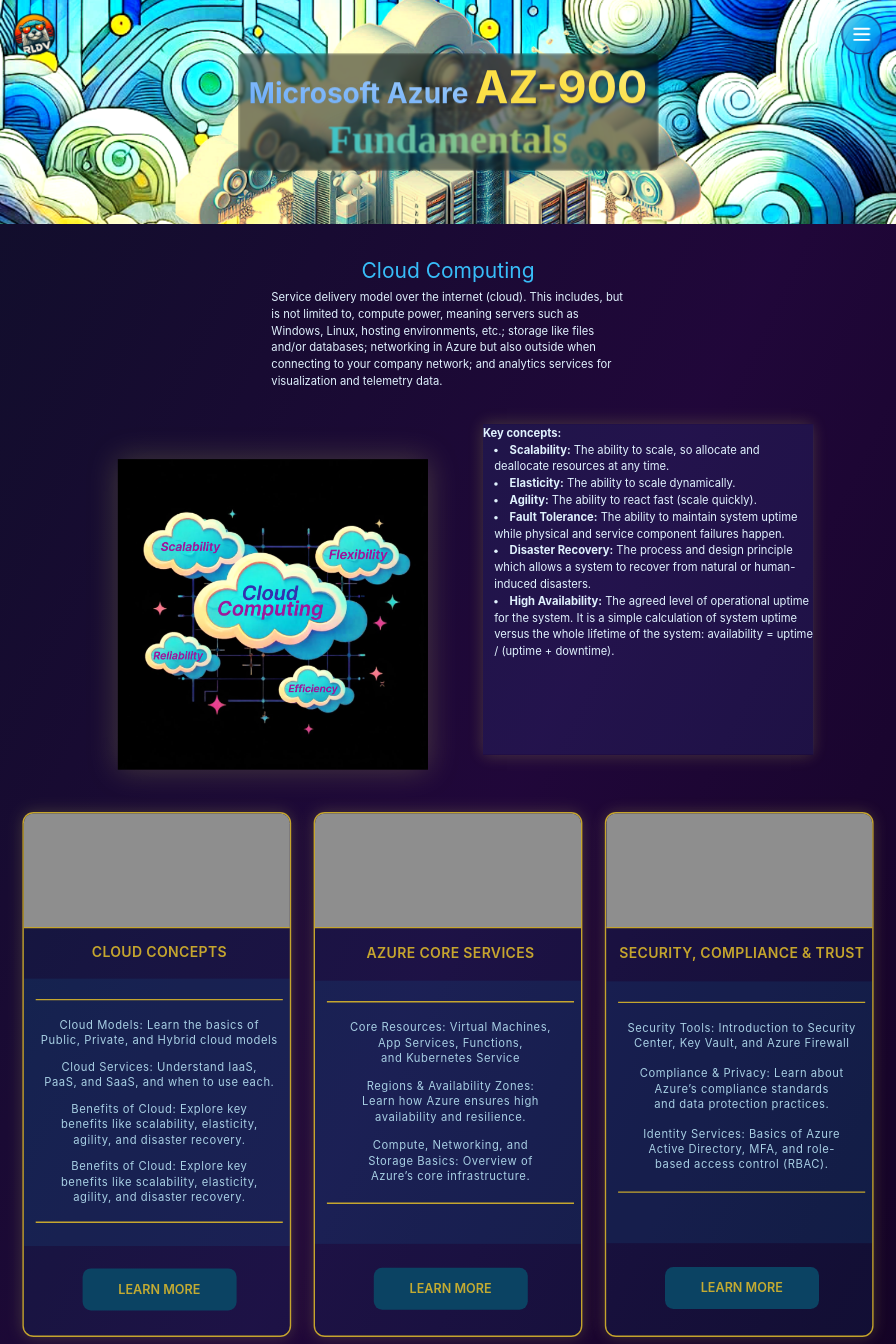
Repository: Freezler/az-900_svelte5
Page: /
These files come from the project's save history. The page is drawn as it stood at one moment and after the next save; the edit follows.
The browser window is 1280 px wide. The pictures show the part of the page from y = 0 to 1920 px (the page is 2638 px tall), at 70% of full size.
Pictures or frames that could not be fetched are drawn as grey boxes. The project was rebuilt for these pictures with package versions that can differ from the ones it lists, and the page was loaded fresh each time. The framework's server and built-in components were replaced by stand-ins that run in the browser. Also part of the build but not shown: vite.config.ts.

Above is the page before, as saved 2024-11-10 10:45:19.

### src/app.html
<!doctype html>
<html lang="en">
	<head>
		<meta charset="utf-8" />
		<link rel="icon" href="%sveltekit.assets%/favicon.png" />
		<meta name="viewport" content="width=device-width, initial-scale=1" />
		%sveltekit.head%
	</head>
	<body data-sveltekit-preload-data="hover" >
		<div style="display: contents">%sveltekit.body%</div>
	</body>
</html>

### src/routes/+layout.svelte
<script lang="ts">
	import '../app.css';
	let { children } = $props();

</script>

<div class="bg-gradient-to-br from-[#0d0c28fc] via-[#1b0135f9] to-[#10021e] bg-cover bg-center bg-no-repeat ">{@render children()}</div>

### src/routes/+page.svelte
<script lang="ts">
	import ComputingArticle from '../components/ComputingArticle.svelte';

	import Toggle from '../components/Toggle.svelte';
	import Header from '../components/Header.svelte';
	import Popover from '../components/Menu.svelte';
	import Cards from '../components/Cards.svelte';
	import Login from '../components/Login.svelte';
</script>

<header class="">
	<Popover />
	<Header />
</header>
<main>
	<section>
		<ComputingArticle />
		<Cards />
	</section>
	<aside><Toggle /></aside>
	<footer><Login /></footer>
</main>

### src/app.css
@tailwind base;
@tailwind components;
@tailwind utilities;

:root {
  --text-color  : rgba(244, 205, 48, 0.888);
  --bg-color    : hsla(217, 87%, 3%, 0.298);
  --bg-color2   : hsla(299, 91%, 31%, 0.974);
  --bg-gradient : 135deg, rgba(237, 249, 10, .7) 0%, rgba(216, 204, 37, 0.7) 35%, rgba(0, 212, 255, 0.7) 100%;
  --bg-gradient2: 90deg, rgba(216, 204, 37, 0.5) 0%, rgba(0, 212, 255, 0.5) 70%;
}

* {
  margin     : 0;
  padding    : 0;
  box-sizing : border-box;
  user-select: none;
  /* outline : 1px dotted red; */
}

body {
  font-family: 'Inter', sans-serif;


}

### src/components/ComputingArticle.svelte
<div class="grid items-center justify-center gap-2 place-self-center text-sky-100 max-w-[50ch]  pt-12">
	<h2 class="text-3xl text-center text-sky-400">Cloud Computing</h2>
	<p>
		Service delivery model over the internet (cloud). This includes, but is not limited to, compute
		power, meaning servers such as Windows, Linux, hosting environments, etc.; storage like files
		and/or databases; networking in Azure but also outside when connecting to your company network;
		and analytics services for visualization and telemetry data.
	</p>
</div>

<section class="grid items-center grid-cols-1 lg:grid-cols-2 justify-center place-items-center place-self-center place-content-center gap-0	z-10 text-start">
	<img
		src="../public/images/cloud.png"
		alt="cloudSolutions"
		loading="lazy"

		class=" text-sky-100 drop-shadow-[0_0px_22px_rgba(255,255,99,0.2)] w-[572px] "
	/>
	<article
		class=" bg-blue-500/10  text-sky-100 w-[472px] h-[472px] prounded-xl shadow-[0_0px_22px_rgba(255,255,99,0.2)]"
	>
		<p><strong>Key concepts:</strong></p>
		<ul class="list-inside list-disc pl-4">
			<li>
				<strong>Scalability:</strong> The ability to scale, so allocate and deallocate resources at any
				time.
			</li>
			<li><strong>Elasticity:</strong> The ability to scale dynamically.</li>
			<li><strong>Agility:</strong> The ability to react fast (scale quickly).</li>
			<li>
				<strong>Fault Tolerance:</strong> The ability to maintain system uptime while physical and service
				component failures happen.
			</li>
			<li>
				<strong>Disaster Recovery:</strong> The process and design principle which allows a system to
				recover from natural or human-induced disasters.
			</li>
			<li>
				<strong>High Availability:</strong> The agreed level of operational uptime for the system. It
				is a simple calculation of system uptime versus the whole lifetime of the system: availability
				= uptime / (uptime + downtime).
			</li>
		</ul>
	</article>
</section>

### src/components/Toggle.svelte
<script lang="ts">

	let name = $state('Randy');
	let status: 'DARK' | 'LIGHT' = $state('DARK');
	let full_name = $derived(name + ' ' + 'de vries');

	function toggle() {
		status = status === 'DARK' ? 'LIGHT' : 'DARK';
	}

	function onclick() {
		status = status === 'DARK' ? 'LIGHT' : 'DARK';
		window.document.body.classList.toggle('dark-mode')
	}
</script>

<div class="max-w-[400px] mx-auto grid place-items-center items-center justify-center gap-2 border-2 p-4  py-8 my-4 bg-yellow-600/10">
		<p class="text-2xl font-serif text-white ">
			set theme: <span class="font-sans {status === 'LIGHT' ? 'text-gray-200' : 'text-red-900'}">{status}</span>
		</p>

		<!-- <button on:click={toggle}>toggle status</button> -->
		<button
			class=" w-[176px] rounded bg-blue-500 px-4 py-2 font-bold text-white hover:bg-blue-700 active:scale-[.98]"
			type="button"
			onclick={toggle}>Toggle theme</button
		>
	</div>

### src/components/Header.svelte
<script lang="ts">
	// Declare props
	let { name = 'AZ-900' } = $props();

	// Local state for the surname
	let surname = $state('Fundamentals');

	// Derived state for the full name
	let full_name = $derived(`${name} ${surname}`);
</script>

<div
	class="max-w-[100svw] z-100 mx-auto grid h-80 place-content-center place-items-center items-center justify-center bg-[url('/public/images/headImage.png')] bg-cover bg-top"
>
	<div class="grid backdrop-blur-[2px] px-4 rounded-lg backdrop-brightness-[.50] pb-4">
		<h1
			class="shadow-[rgba(7, 25, 224, 0.9)] drop bg-clip-text text-center text-[clamp(1rem,5vw,2.5rem)] font-bold text-transparent bg-gradient-to-tr from-blue-400 via-blue-300 to-blue-700  drop-shadow-[-2px_2px_2px_rgba(137, 25, 224, 0.9)]"
		>
			Microsoft Azure <span
				class="bg-gradient-to-tr from-yellow-300 via-yellow-300 to-yellow-200 bg-clip-text text-[clamp(2.8rem,5vw,8.5rem)] font-bold text-transparent drop-shadow-[2px_4px_2px_rgba(36,50,100,0.9)]"
				>{name}</span
			>
		</h1>
		<h3
			class="bg-clip-text text-6xl text-center text-[clamp(1rem,5vw,3.5rem)] font-[700] font-[montserrat] bg-gradient-to-r from-[hsl(192,88%,51%)] via-[--hsl(192,88%,71%)] to-[--text-color]  pb- text-transparent drop-shadow-[2px_4px_32px_rgba(6,100,150,0.9)] backdrop-brightness-[.90] "
		>
			{surname}
		</h3>
	</div>
</div>

### src/components/Menu.svelte
<script lang="ts">
	import { cubicInOut } from 'svelte/easing';
	import { fly } from 'svelte/transition';
	let showMenu: boolean = $state(false);


</script>

	<!-- Your existing code -->

<img
	src="/public/images/Design 2.png"
	alt="Ran form Logo"
	class="fixed left-[16px] top-[16px] w-[64px] rounded-full z-[200]"
/>
<button
	onclick={() => (showMenu = !showMenu)}
	class="fixed right-[20px] top-[20px] flex  h-[58px] w-[58px] items-center justify-center rounded-full bg-blue-600/20 backdrop-blur text-white border-2 border-blue-900"
>
	<svg
		xmlns="http://www.w3.org/2000/svg"
		class="h-8 w-8"
		fill="none"
		viewBox="0 0 24 24"
		stroke="currentColor"
	>
		{#if showMenu}
			<path
				stroke-linecap="round"
				stroke-linejoin="round"
				stroke-width="2"
				d="M6 18L18 6M6 6l12 12"
			/>
		{:else}
			<path
				stroke-linecap="round"
				stroke-linejoin="round"
				stroke-width="2"
				d="M4 6h16M4 12h16M4 18h16"
			/>
		{/if}
	</svg>
</button>

{#if showMenu}
	<ul
		class="items-center justify-center fixed bottom-0 right-0 z-100 grid h-[50vh] w-[100vw] border-t border-blue-900 place-content-center bg-blue-600/20 backdrop-blur text-white uppercase text-center text-xl z-[200]"
		transition:fly={{ y: 100, duration: 420, easing: cubicInOut }}
	>
		<li class="px-2 py-4 w-[80vw] underline underline-offset-4 transition-colors ease-linear duration-400 hover:bg-blue-600/20 rounded-t-lg  bg-blue-200/30">
			<a href="/">Home</a>
		</li>
		<li class=" px-2 py-4 transition-colors hover:underline underline-offset-4  ease-linear duration-400 hover:bg-blue-600/20  bg-blue-200/30">
			<a href="/concepts">Concepts</a>
		</li>
		<li class=" px-2 py-4 transition-colors hover:underline underline-offset-4 ease-linear duration-400 hover:bg-blue-600/20  bg-blue-200/30">
			<a href="/security">Security</a>
		</li>
		<li class="px-2 py-4 transition-colors  hover:underline underline-offset-4 ease-linear duration-400 hover:bg-blue-600/20 rounded-b-lg  bg-blue-200/30">
			<a href="/services">Services</a>
		</li>
	</ul>
{/if}

### src/components/Cards.svelte
<script>
	import { goto } from '$app/navigation';
	// Define your plans as an array of objects
	const concepts = [
		{
			url: 'concepts',
			image:
				'https://learn.microsoft.com/training/achievements/microsoft-azure-fundamentals-describe-cloud-concepts-social.png',
			name: 'Cloud Concepts',
			features: [
				'Cloud Models: Learn the basics of Public, Private, and Hybrid cloud models',
				'Cloud Services: Understand IaaS, PaaS, and SaaS, and when to use each.',
				'Benefits of Cloud: Explore key benefits like scalability, elasticity, agility, and disaster recovery.',
				'Benefits of Cloud: Explore key benefits like scalability, elasticity, agility, and disaster recovery.'

			]
		},
		{
			url: 'services',
			image:
				'https://images.unsplash.com/photo-1667372459510-55b5e2087cd0?q=80&w=1932&auto=format&fit=crop&ixlib=rb-4.0.3&ixid=M3wxMjA3fDB8MHxwaG90by1wYWdlfHx8fGVufDB8fHx8fA%3D%3D',
			name: 'Azure Core Services',
			features: [
				'Core Resources: Virtual Machines, App Services, Functions, and Kubernetes Service',
				'Regions & Availability Zones: Learn how Azure ensures high availability and resilience.',
				'Compute, Networking, and Storage Basics: Overview of Azure’s core infrastructure.'
			]
		},
		{
			url: 'security',
			image:
				'https://plus.unsplash.com/premium_photo-1700830452756-1a3f4314e564?q=80&w=1674&auto=format&fit=crop&ixlib=rb-4.0.3&ixid=M3wxMjA3fDB8MHxwaG90by1wYWdlfHx8fGVufDB8fHx8fA%3D%3D',
			name: 'Security, Compliance & Trust',
			features: [
				'Security Tools: Introduction to Security Center, Key Vault, and Azure Firewall',
				'Compliance & Privacy: Learn about Azure’s compliance standards and data protection practices.',
				'Identity Services: Basics of Azure Active Directory, MFA, and role-based access control (RBAC).'
			]
		}
	];
</script>

<section
	class="z-10 grid grid-rows-1 gap-8 py-8 md:grid-cols-2 md:gap-8 md:px-8 xl:grid-cols-3"
>
	{#each concepts as concept}
		<div
			class=" pt-1  grid grid-rows-[148px_64px_auto_auto] place-items-center overflow-hidden rounded-2xl border-2 border-[--text-color] bg-sky-600/10 pb-9 shadow-[0_0px_22px_rgba(255,255,99,0.2)] brightness-90 transition duration-700 hover:scale-[1.001] hover:border-[hsla(184,69%,60%,1)] hover:shadow-[2px_6px_12px_rgba(22,125,22,0.9)]"
		>
			<img
				src={concept.image}
				class=" z-10 h-[172px] pt-2  w-full border-b-2 border-[--text-color] object-cover object-center hover:border-[hsla(184,69%,60%,1)]"
				loading="lazy"
				alt="concept"
			/>
			<div class="row-span-2 grid grid-cols-subgrid place-items-center items-center justify-center">
				<h2 class="] mt-[28px] text-xl font-semibold uppercase tracking-wide text-[--text-color]">
					{concept.name}
				</h2>
			</div>

			<div
				class=" row-span-12 my-5 w-full grid grid-rows-subgrid place-items-start items-start gap-4 text-pretty border border-transparent bg-sky-500/10 px-4 pt-7 pb-6 text-center"
			>
				{#each concept.features as feature}
					<h3
						class="border-b-1 mx-auto  grid w-[35ch]  grid-rows-subgrid text-balance border-[--text-color] px-0 text-[14px] font-normal leading-snug tracking-wider text-sky-200 py-0 first:border-t-2 first:pt-6 last:pb-6 last:border-b-2 lg:text-[16px] border-s-fuchsia-400 ">
						{feature}
					</h3>
				{/each}
			</div>
			<button
				type="button"
				class="mx-auto mt-3 w-[220px] grid-cols-subgrid rounded-xl border-[2px_solid_var(--text-color)] bg-sky-900 px-8 py-4 text-base font-semibold uppercase text-[--text-color] transition duration-[420ms] hover:bg-sky-500 hover:text-white hover:shadow-[2px_2px_22px_rgb(65,183,255,0.9)] md:text-lg lg:text-lg"
				><a href="/{concept.url}">Learn more</a></button
			>
		</div>
	{/each}
</section>

### src/components/Login.svelte
<script>
	import { onMount } from 'svelte';
	let user = $state('Stranger');
	/**
	 * @param {any} response
	 */
	function googleLoginEndpoint(response) {
	  console.log('Google login successful:', response);
	}

	// onMount(() => {
	//   const script = document.createElement("script");
	//   script.src = "https://accounts.google.com/gsi/client";
	//   script.async = true;
	//   script.defer = true;
	//   document.head.appendChild(script);
	// });
</script>

<div class="relative flex min-h-[60vh] items-center justify-center py-16 ">
	<div class="flex w-full max-w-4xl flex-col overflow-hidden rounded-lg shadow-lg md:flex-row">
		<!-- Left side: Logo and Welcome message -->
		<div
			class="flex flex-col items-center justify-center bg-[url('/public/images/headImage.png')] bg-cover bg-center object-cover p-14 text-white md:w-1/2 "
		>
			<img
				src="/public/images/Design 2.png"
				alt="Ran form Logo"
				class="mb-4 h-40 w-40 rounded-full"
			/>
			<h2 class="text-2xl font-semibold p-2 rounded-xl bg-slate-600/50  ">Good Evening {user}!</h2>
			<p class="mt-2 text-center text-lg rounded-xl bg-slate-600/50  p-2 ">Log in to your account!</p>
		</div>

		<!-- Right side: Login Form -->
		<div
			class="flex flex-col items-center justify-center  h-[50vh] bg-blue-600/40 backdrop-blur pt-8 "
		>
			<!-- Google Login Button -->
			<div
				id="g_id_onload"
				data-client_id="YOUR_GOOGLE_CLIENT_ID"
				data-context="signin"
				data-callback="googleLoginEndpoint"
				data-close_on_tap_outside="false"
				data-prompt_parent_id="g_id_onload"
			></div>

			<button
				class="flex w-3/5 items-center justify-center space-x-2 rounded-full border border-gray-300 bg-white py-2 shadow-md hover:bg-gray-50 focus:outline-none"
			>
				<span class="fab fa-google text-gray-500"></span>
				<span class="text-gray-700">Continue with Google</span>
			</button>

			<!-- Divider -->
			<div class="my-4 flex w-full items-center">
				<hr class="flex-grow border-t border-gray-300" />
				<span class="px-3 text-gray-500">OR</span>
				<hr class="flex-grow border-t border-gray-300" />
			</div>

			<!-- Email Login Button -->
			<button
				class="flex w-3/5 items-center justify-center space-x-2 rounded-full border border-gray-300 bg-white py-2 shadow-md hover:bg-gray-50 focus:outline-none"
			>
				<span class="fa fa-user text-gray-500"></span>
				<span class="text-gray-700">Enter Email & Password</span>
			</button>

			<!-- Sign up and Terms Links -->
			<div class=" w-full text-center">
				<p class="text-sm text-red-300">
					Don't have an account? <a href="_blank" class="text-blue-600 hover:underline">Sign up</a>
				</p>
				<p class="mt-0 text-xs text-gray-500 w-[50ch]">
					By continuing, you agree to our <a href="_blank" target="_blank" class="hover:underline"
						>Terms of Service</a
					>
					and
					<a href="_blank" target="_blank" class="hover:underline">Privacy Policy</a>.
				</p>
			</div>
		</div>
	</div>
</div>

### tailwind.config.ts
import aspectRatio from '@tailwindcss/aspect-ratio';
import containerQueries from '@tailwindcss/container-queries';
import forms from '@tailwindcss/forms';
import typography from '@tailwindcss/typography';
// import type { Config } from 'tailwindcss';

export default {
	content: ['./src/**/*.{html,js,svelte,ts}'],


	theme: {
		extend: {
			animation: {



			},

			keyframes: {

			}

		}
	},

	plugins: [typography, forms, containerQueries, aspectRatio]
}

After the next save:
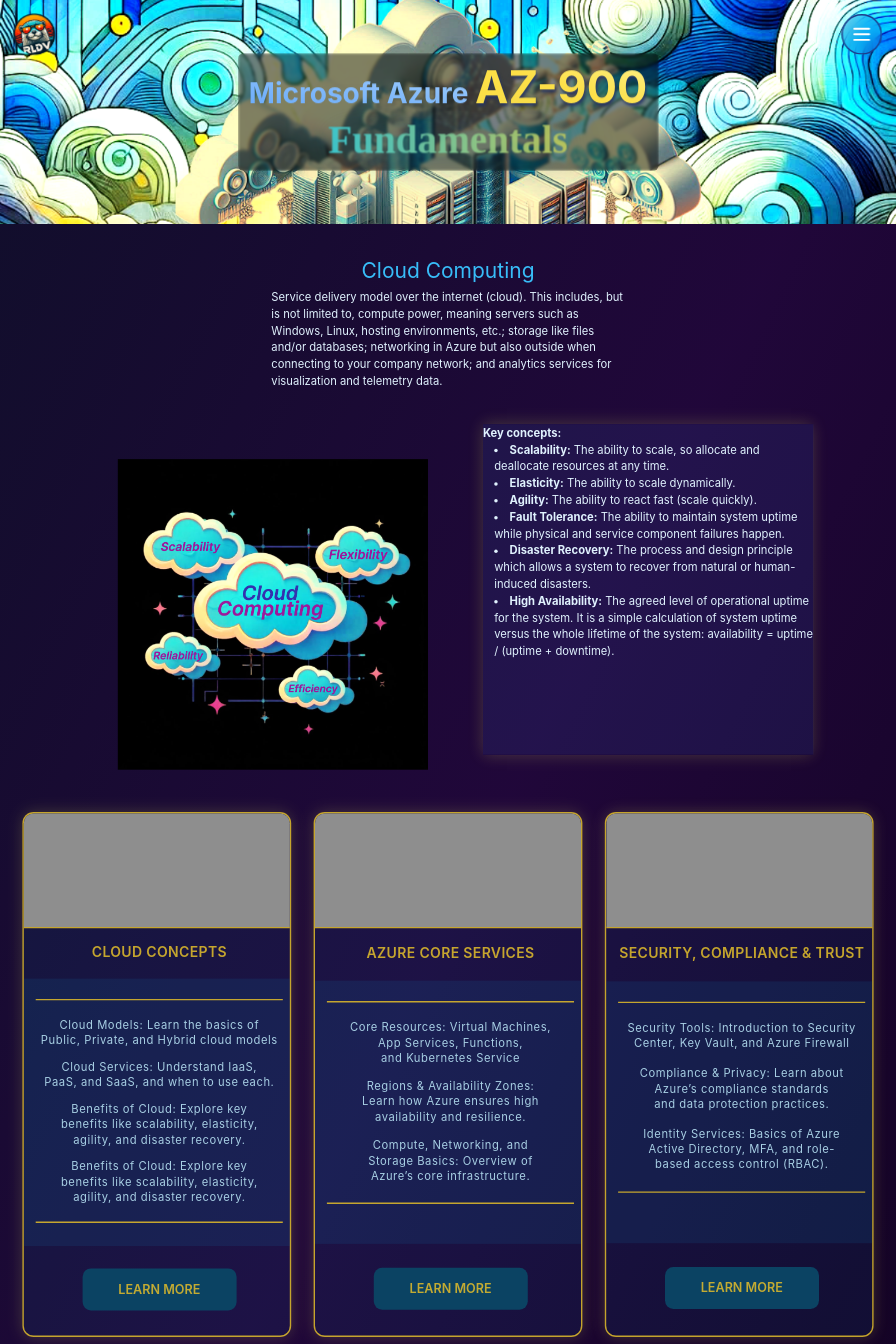
Saved 4 s later.
--- a/src/components/ComputingArticle.svelte
+++ b/src/components/ComputingArticle.svelte
@@ -14,7 +14,7 @@
 		alt="cloudSolutions"
 		loading="lazy"
 
-		class=" text-sky-100 drop-shadow-[0_0px_22px_rgba(255,255,99,0.2)] w-[572px] "
+		class=" text-sky-100  w-[572px] "
 	/>
 	<article
 		class=" bg-blue-500/10  text-sky-100 w-[472px] h-[472px] prounded-xl shadow-[0_0px_22px_rgba(255,255,99,0.2)]"
